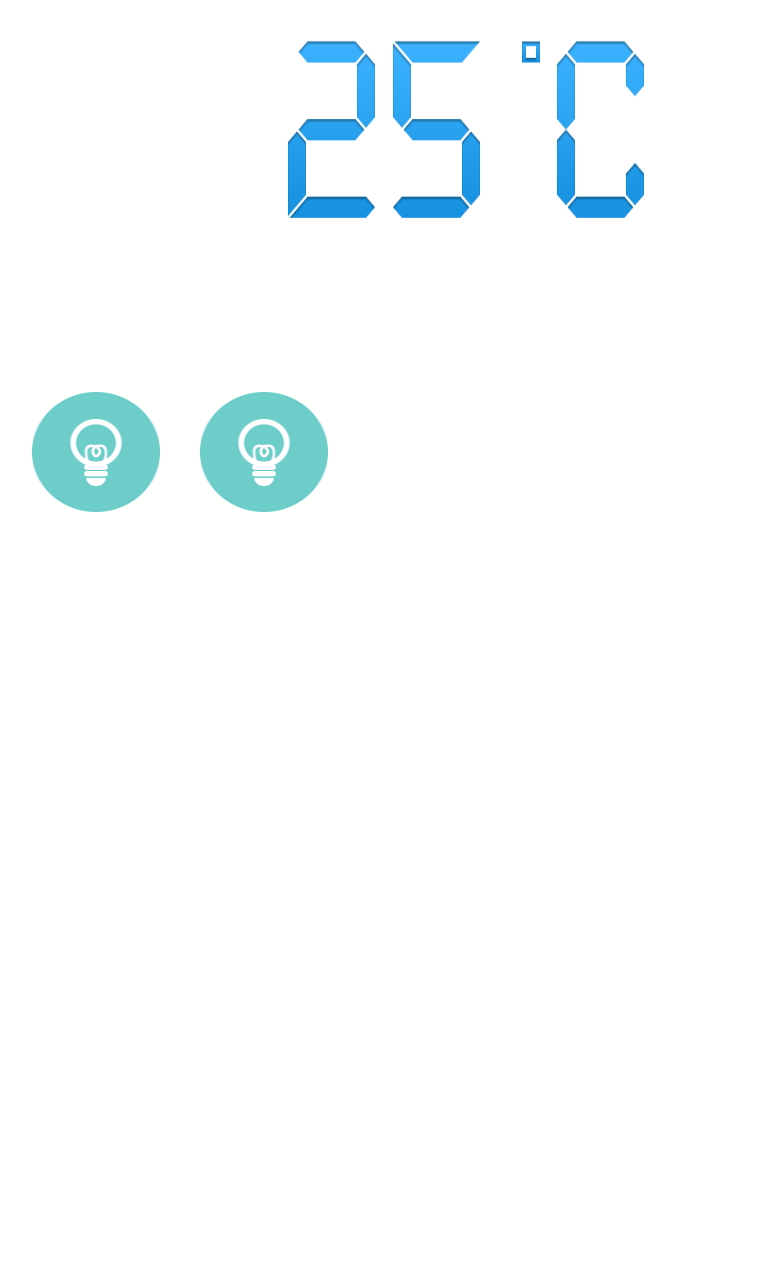
Repository: MyungSinKim/mqtt-demo
Layout: cloud2-demo/res/layout/main.xml
These files come from the project's save history. The layout is drawn as it stood at one moment and after the next save; the edit follows.
It is drawn on a 768 x 1280 px phone screen (xhdpi) without system bars, with theme AppTheme; the app's code is not run.

Above is the layout before, as saved 2015-11-02 03:17:58.

After the next save:
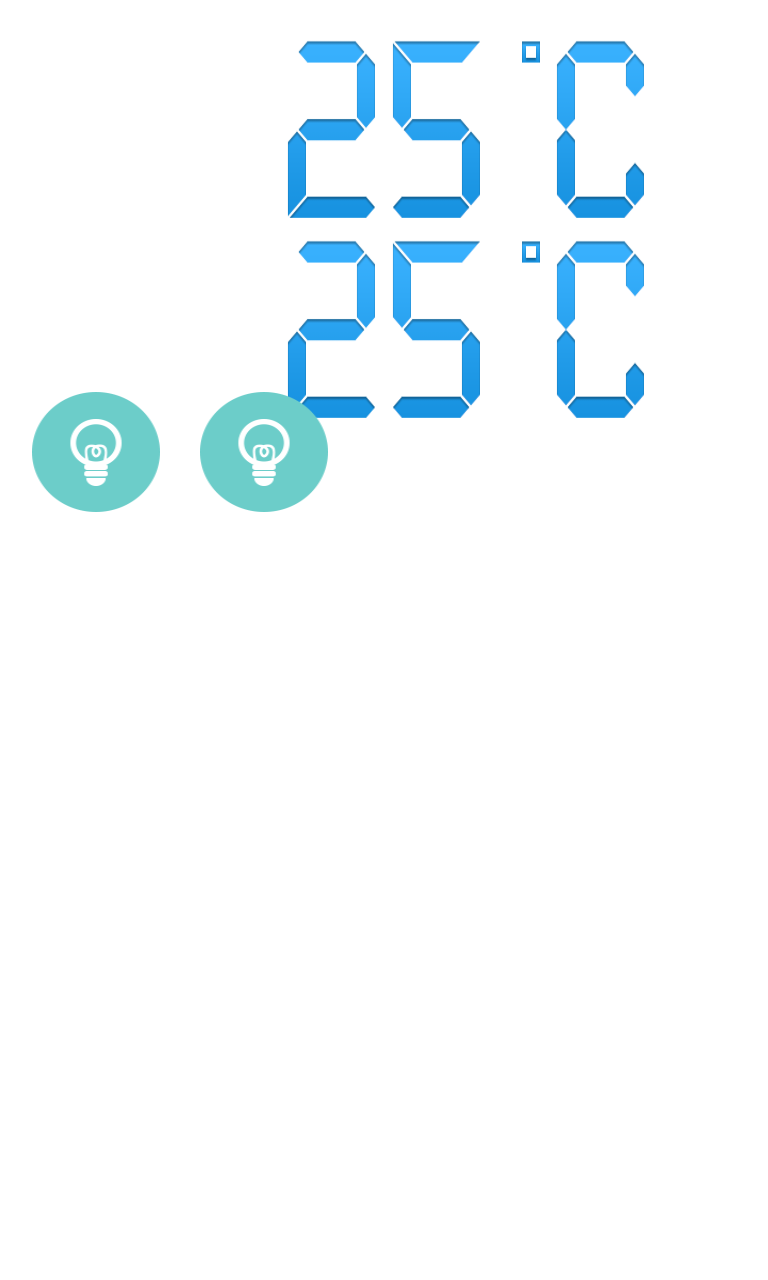
Saved 109 min 17 s later.
--- a/cloud2-demo/res/layout/main.xml
+++ b/cloud2-demo/res/layout/main.xml
@@ -11,6 +11,26 @@
         android:id="@+id/rl1"
         android:layout_width="match_parent"
         android:layout_height="100dp" >
+
+        <ImageView
+            android:id="@+id/temperture_iv"
+            android:layout_width="wrap_content"
+            android:layout_height="100dp"
+            android:background="@drawable/num_25"
+            android:layout_centerHorizontal="true" />
+        <ImageView
+            android:id="@+id/temperture_unit_iv"
+            android:layout_width="wrap_content"
+            android:layout_height="100dp"
+            android:background="@drawable/air_du"
+            android:layout_toRightOf="@id/temperture_iv"
+            android:layout_marginLeft="10dp"/>
+    </RelativeLayout>
+     <RelativeLayout
+        android:id="@+id/rl2"
+        android:layout_width="match_parent"
+        android:layout_height="100dp"
+        android:layout_below="@+id/rl1">
 
         <ImageView
             android:id="@+id/temperture_iv"
